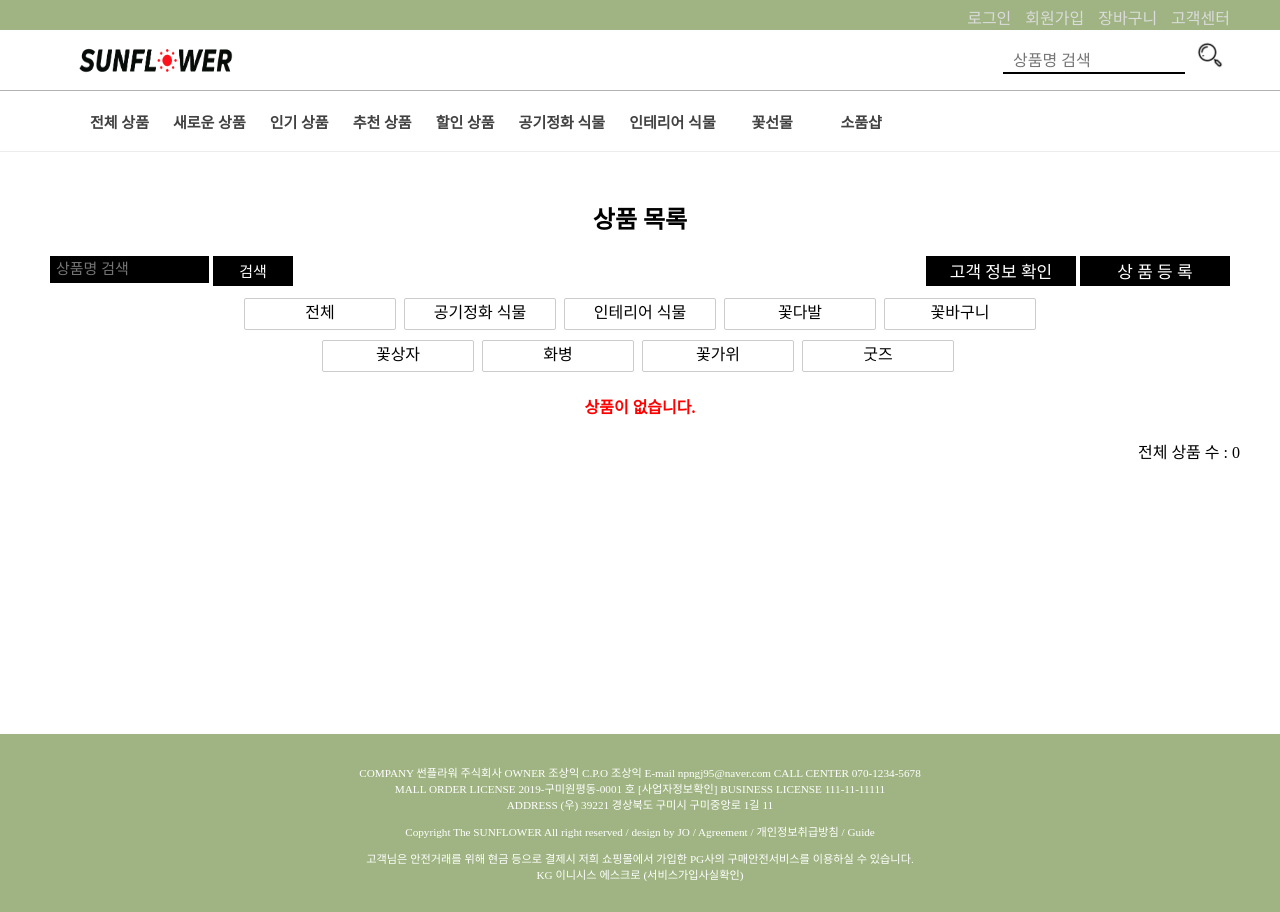
Repository: Jo-Sang-Ik/JSP_hompage
Page: http://localhost/home/product/product_list.jsp?category=11
An editor plug-in stored every save of this project. The page is shown before and after the next save, followed by the edit.
The browser window is 1280 px wide. The pictures show the whole page.
Some web fonts or font styles are not loaded; a fallback is used. The page is served by Tomcat 9. Queries for data that is not in the repository find no rows.

Above is the page before, as saved 2020-05-06 02:02:05.

After the next save:
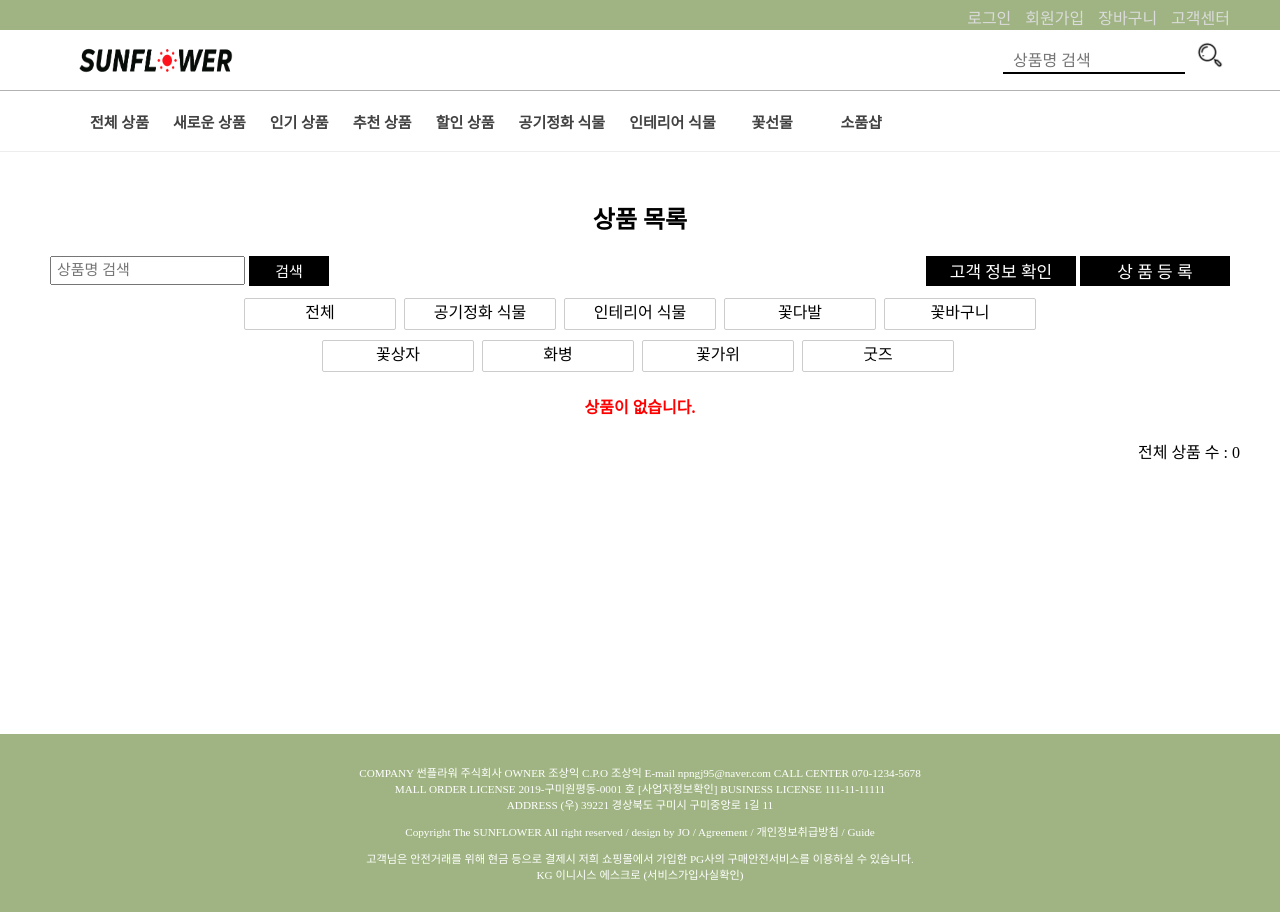
Saved 10 s later.
--- a/workspace/home/WebContent/product/css/product_list.css
+++ b/workspace/home/WebContent/product/css/product_list.css
@@ -10,7 +10,7 @@
 #content .right { text-align: right; padding-right: 10px;}
 
 /* 버튼 css  */
-#content .search_table input { cursor: pointer; background: black; font-size: 17px; color: white; width: 150px; height: 30px; border: 1px solid black; }
+#content .search_table input[type=button] { cursor: pointer; background: black; font-size: 17px; color: white; width: 150px; height: 30px; border: 1px solid black; }
 #content .search_table #item_upload:hover { background: #404040;}
 
 #content .search_table input[type="text"] { vertical-align:top; padding-left: 5px; height: 23px; font-size: 15px;  }
